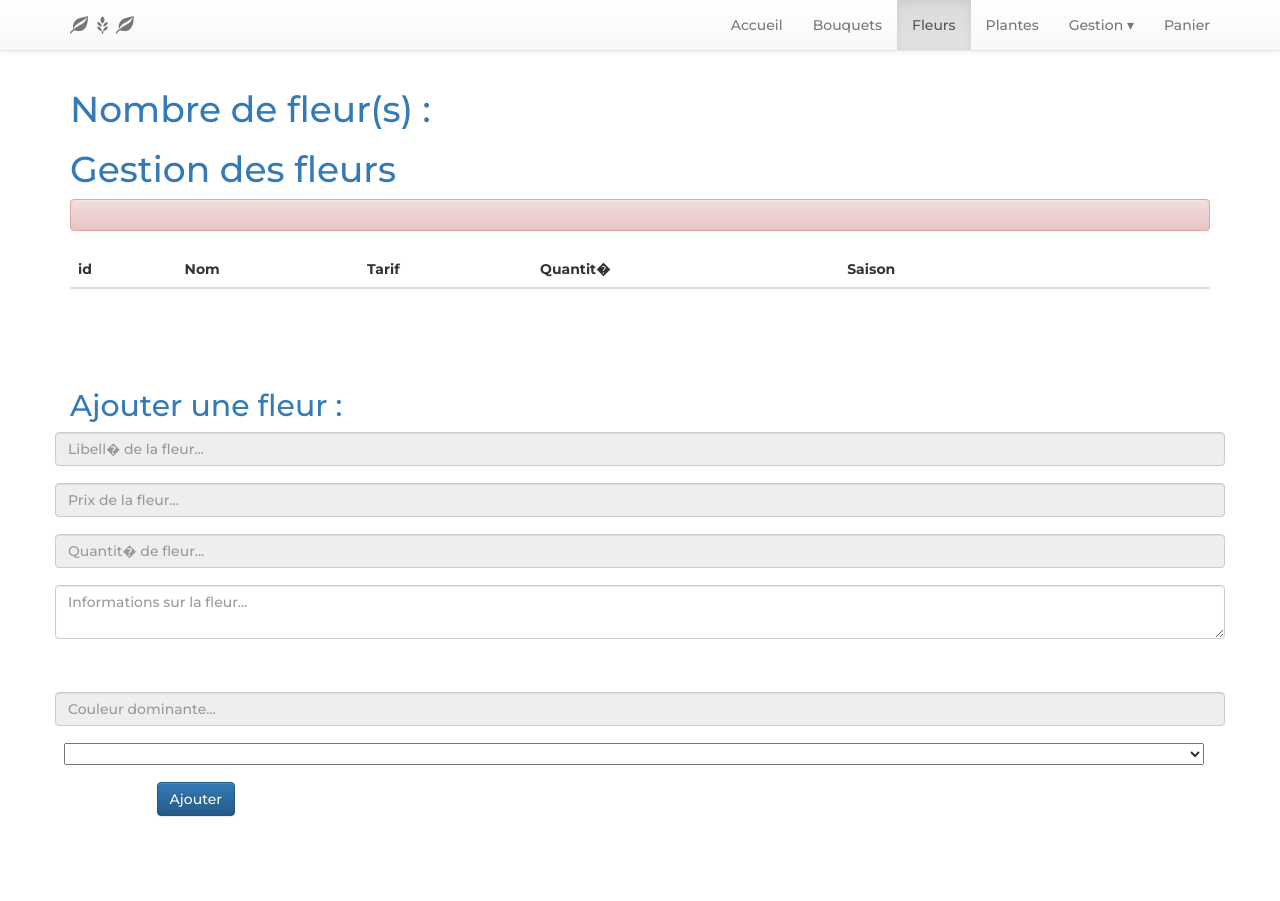
Repository: JeremT8/JavaFleuristeProject
Page: tp-fleuriste/src/main/webapp/bouquet-detail.html
These files come from the project's save history. The page is drawn as it stood at one moment and after the next save; the edit follows.
The browser window is 1280 px wide. The pictures show the whole page.
The page's requests for data from a server got no answer. Some web libraries are served in a nearby version.

Above is the page before, as saved 2022-05-18 11:57:23.

### tp-fleuriste/src/main/webapp/bouquet-detail.html
<!DOCTYPE html>
<html>
<head>
<meta charset="UTF-8">
<title>Flow Hearts</title>
<link rel="stylesheet"
	href="https://maxcdn.bootstrapcdn.com/bootstrap/3.3.7/css/bootstrap.min.css">
<link rel="stylesheet"
	href="https://maxcdn.bootstrapcdn.com/bootstrap/3.3.7/css/bootstrap-theme.min.css">
<script
	src="https://ajax.googleapis.com/ajax/libs/jquery/3.1.1/jquery.min.js"></script>
<script
	src="https://maxcdn.bootstrapcdn.com/bootstrap/3.3.7/js/bootstrap.min.js"></script>
<link rel="apple-touch-icon" sizes="76x76" href="/apple-touch-icon.png">
<link rel="icon" type="image/png" sizes="32x32"
	href="/favicon-32x32.png">
<link rel="icon" type="image/png" sizes="16x16"
	href="/favicon-16x16.png">
<link rel="manifest" href="/site.webmanifest">
<link rel="mask-icon" href="/safari-pinned-tab.svg" color="#5bbad5">
<meta name="msapplication-TileColor" content="#da532c">
<meta name="theme-color" content="#ffffff">
<link rel="stylesheet" href="css/commun.css">
<link rel="preconnect" href="https://fonts.googleapis.com">
<link rel="preconnect" href="https://fonts.gstatic.com" crossorigin>
<link href="https://fonts.googleapis.com/css2?family=Montserrat:wght@300;500;700&display=swap" rel="stylesheet">
<script src="./js/fleurs.js"></script>
</head>
<body>
	<nav class="navbar navbar-default navbar-fixed-top">
		<div class="container">
			<div class="navbar-header">
				<a href="index.html" class="navbar-brand active"> <span
					class="glyphicon glyphicon-leaf rotate-leaf"></span> <span
					class="glyphicon glyphicon-grain"></span> <span
					class="glyphicon glyphicon-leaf"></span>
				</a>
				<button class="navbar-toggle" type="button" data-toggle="collapse"
					data-target="#navbar-main">
					<span class="icon-bar"></span> <span class="icon-bar"></span> <span
						class="icon-bar"></span>
				</button>
			</div>
			<div class="navbar-collapse collapse" id="navbar-main">
				<ul class="nav navbar-nav navbar-right">
					<li><a href="index.html">Accueil</a></li>
					<li><a href="bouquets.html">Bouquets</a></li>
					<li class="active"><a href="fleurs.html">Fleurs</a></li>
					<li><a href="plantes.html">Plantes</a></li>
					<li class="nav-item dropdown"><a
						class="nav-link dropdown-toggle" href="#" id="navbarDropdown"
						role="button" data-toggle="dropdown" aria-haspopup="true"
						aria-expanded="false"> Gestion ▾ </a>
						<div class="dropdown-menu" aria-labelledby="navbarDropdown">
							<a class="dropdown-item" href="plantes.html">Plantes</a>
							<div class="dropdown-divider"></div>
							<a class="dropdown-item" href="fleurs.html">Fleurs</a>
							<div class="dropdown-divider"></div>
							<a class="dropdown-item" href="bouquets.html">Bouquets</a>
							<div class="dropdown-divider"></div>
							<a class="dropdown-item" href="saisons.html">Saisons</a>
							<div class="dropdown-divider"></div>
							<a class="dropdown-item" href="styles.html">Styles</a>
						</div></li>
					<li><a  href="panier.html"> Panier</a></li>
				</ul>
			</div>
		</div>
	</nav>
<body>
	<div class="container">
		<h1 class="bleu">
			Nombre de fleur(s) : <span id="nbFleur"></span>
		</h1>
		<h1 class="bleu">Gestion des fleurs</h1>

		<div class="alert alert-danger d-none" id="errorFleurs"></div>

		<table class="table table-hover table-striped">
			<thead>
				<tr>
					<th>id</th>
					<th>Nom</th>
					<th>Tarif</th>
					<th>Quantit�</th>
					<th>Saison</th>
					<th>&nbsp;</th>
					<th>&nbsp;</th>
				</tr>
			</thead>
			<tbody id="tbodyliste">
			</tbody>

		</table>

		<br> <br> <br>
		<h2 class="bleu">Ajouter une fleur :</h2>
		<div>
			<form class="form-horizontal">
				<div class="form-group">
					<div class="div-form-input mb-3">
						<input type="text"
							id="nomFleur" class="form-control"
							placeholder="Libell� de la fleur..." aria-label="Username"
							aria-describedby="basic-addon1" readonly>
					</div>
					<div class="div-form-input mb-3">
						<input type="number"
							id="tarifFleur" class="form-control"
							placeholder="Prix de la fleur..." aria-label="Username"
							aria-describedby="basic-addon1" readonly>
					</div>
					<div class="div-form-input mb-3">
						<input
							type="number" id="quantiteFleur" class="form-control"
							placeholder="Quantit� de fleur..." aria-label="Username"
							aria-describedby="basic-addon1" readonly>
					</div>
					<div class="div-form-input mb-3">

						<textarea class="form-control" id="infoFleur"
							placeholder="Informations sur la fleur..."
							aria-label="With textarea"></textarea readonly>
					</div>
					<div class="div-form-input mb-3">
						<img alt="" src="">
					</div>
					<div class="div-form-input mb-3">
						<input
							type="text" id="couleurFleur" class="form-control"
							placeholder="Couleur dominante..." aria-label="Username"
							aria-describedby="basic-addon1"  readonly>
					</div>
					<div class="div-form-input form-group">
						<div class="col-12">

							<select id="saison" class="form-select" aria-label="multiple select example">

							</select>
						</div>
					</div>

					<div class="col-xs-2 mt-2">
						<button type="button" id="bAjoutFleur"
							class="btn btn-primary pull-right mt-2">Ajouter</button>
					</div>
				</div>

			</form>
		</div>
	</div>
</body>
</html>

### tp-fleuriste/src/main/webapp/css/commun.css
body {
	padding-top: 70px;
	padding-bottom: 70px;
	font-family: 'Montserrat', sans-serif !important;

}

.navbar-foot {
	width: 100%;
}

.rouge {
	color: red;
}

.vert {
	color: green;
}

.bleu, .glyphicon-shopping-cart {
	color: #337ab7;
}
.gros{
	font-size: 1.0em;
	padding-left: 15px;
	padding-right: 15px;
}
.glyphicon-menu-up, .glyphicon-menu-down{
	font-size: 0.7em;
}
.supp, .modif, .tri{
/* 	cursor:crosshair;	 */
	cursor:pointer;
}

textarea.noresize{
	resize: none;
}

#map{
	width : 100%;
	height : 400px;
	border : 1px solid #337ab7;
}

.icon-flipped {
transform: scaleX(-1);
-moz-transform: scaleX(-1);
-webkit-transform: scaleX(-1);
-ms-transform: scaleX(-1);
}


.bottle{
	display: inline-block !important;
}

a.dropdown-item {
	color: black;
	text-decoration: none;
	width:100%;
	margin: 4% auto;
}

.open > .dropdown-menu  {
	display: flex;
	flex-wrap: wrap;
	flex-direction: column;
	text-align: center;
	letter-spacing: 2px;
}


.input-form {
	margin:0.8em;
}

.div-form-input {
	margin: 0% 0% 1.2em 0%;
}

select#saison, select#style {
	width: 95%;
	margin: 0% 2% 0% 2%;
}

### tp-fleuriste/src/main/webapp/js/fleurs.js
$(function() {
	getFleurs();
	getSaisons();
	$("#bAjoutFleur").on("click", ajouterFleur);
});

function getFleurs() {
	$.get("http://localhost:8080/tp-fleuriste/rs/fleurs", afficherFleurs);
}

function getSaisons() {
	$.get("http://localhost:8080/tp-fleuriste/rs/saisons", function(saisons) {

		var data = "";
		saisons.forEach(function(s) {
			data += "<option value=" + s.id + ">" + s.libelle + "</option>";
		});

		$("#saison").html(data);

	});
}
function afficherFleurs(fleurs) {
	var data = "";
	$("#nbFleur").html(fleurs.length);
	fleurs.forEach(function(f) {
		var tr = "<tr>";
		tr += "<td>" + f.id + "</td>";
		tr += "<td><button onclick='afficheFleur(" + f.id + ")' type='button' class='btn btn-link'>" + f.nom + "</button></td>";
		tr += "<td>" + f.tarif + "</td>";
		tr += "<td>" + f.quantite + "</td>";
		tr += "<td>" + f.saison.libelle + "</td>";
		tr += "<td class='centre'><button onclick='modifFleur(" + f.id + ")' type='button' class='btn btn-xs btn-success'>Modifier</button></td>";
		tr += "<td class='centre'><button onclick='suppFleur(" + f.id + ")' type='button' class='btn btn-xs btn-danger'>Supprimer</button></td>";
		tr += "</tr>";

		data += tr;
	})
	$("#tbodyliste").html(data);
}

function ajouterFleur() {

	var data = {
		nom: $("#nomFleur").val(),
		tarif: $("#tarifFleur").val(),
		quantite: $("#quantiteFleur").val(),
		description: $("#infoFleur").val(),
		image: $("#urlImageFleur").val(),
		couleur: $("#couleurFleur").val(),
		saison: {
			id: $("#saison").val()
		},
	}


	$.ajax({
		type: 'post',
		url: 'http://localhost:8080/tp-fleuriste/rs/fleurs',
		data: JSON.stringify(data),
		contentType: "application/json;charset=utf-8",
		success: function() {
			window.location = "fleurs.html";
		}
	})
		.fail(function() {
			$("#errorFleurs").css("display", "block");
			$("#errorFleurs").html("Une erreur est survenue lors de l'ajout");
		})
}

function afficheFleur(id) {
	window.location = "fleur-detail.html?id=" + id;
}

function modifFleur(id) {
	window.location = "modiffleur.html?id=" + id;
}

function suppFleur(id) {
	$.ajax({
		type: 'delete',
		url: 'http://localhost:8080/tp-fleuriste/rs/fleurs/' + id,
		success: function() {
			getFleurs();
		}
	})
		.fail(function() {
			$("#errorFleurs").css("display", "block");
			$("#errorFleurs").html("Une erreur est survenue lors de la suppression");
		})
}

After the next save:
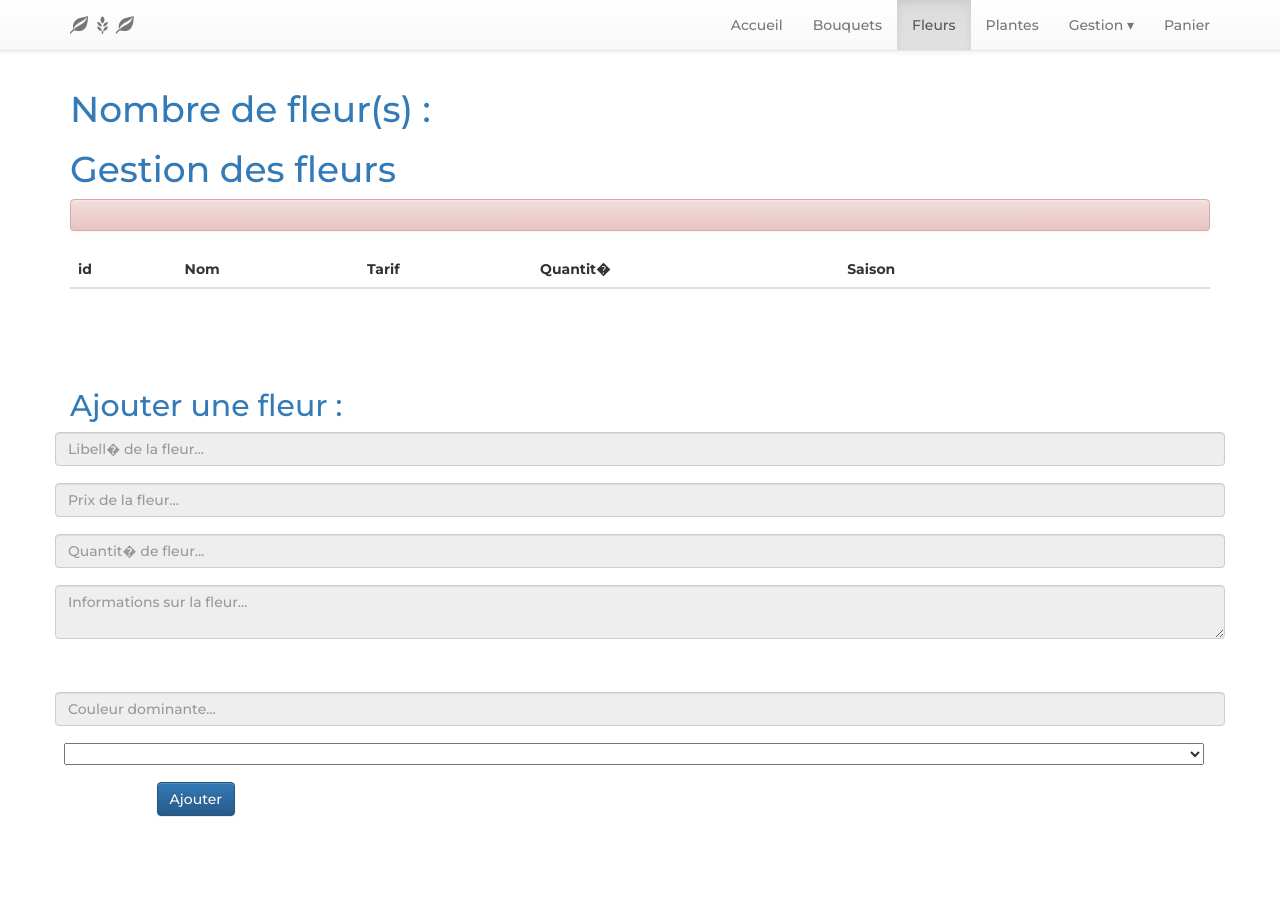
Saved 8 s later.
--- a/tp-fleuriste/src/main/webapp/bouquet-detail.html
+++ b/tp-fleuriste/src/main/webapp/bouquet-detail.html
@@ -120,7 +120,7 @@
 
 						<textarea class="form-control" id="infoFleur"
 							placeholder="Informations sur la fleur..."
-							aria-label="With textarea"></textarea readonly>
+							aria-label="With textarea" readonly></textarea>
 					</div>
 					<div class="div-form-input mb-3">
 						<img alt="" src="">
